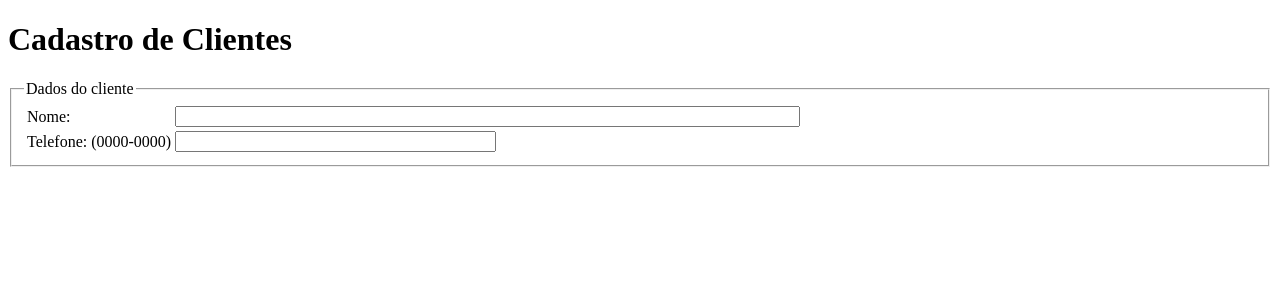
Repository: GabrielGGhost/EstudoJavaAW1-AW2
Page: estudos21/WebContent/cadastro.html
These files come from the project's save history. The page is drawn as it stood at one moment and after the next save; the edit follows.
The browser window is 1280 px wide. The pictures show the whole page.

Above is the page before, as saved 2020-10-31 20:12:20.

After the next save:
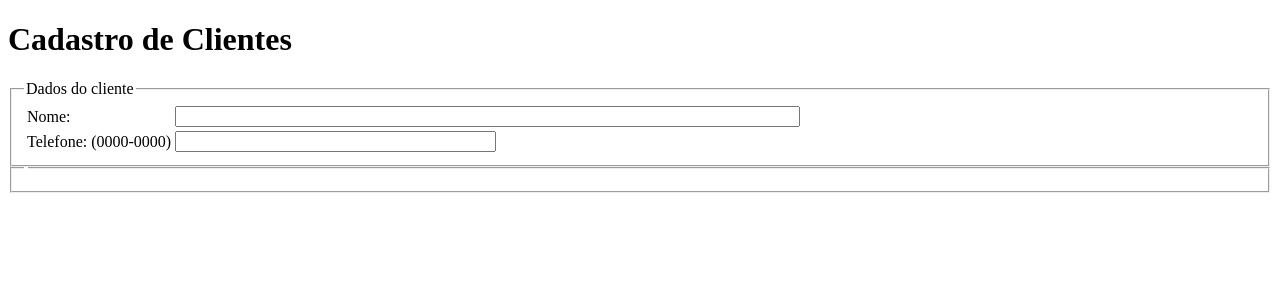
Saved 60 s later.
--- a/estudos21/WebContent/cadastro.html
+++ b/estudos21/WebContent/cadastro.html
@@ -65,6 +65,14 @@
 				</tr>
 			</table>
 		</fieldset>
+		<fieldset>
+			<legend></legend>
+			<table>
+				<tr>
+					<td></td>
+				</tr>
+			</table>
+		</fieldset>
 	</form>
 </body>
 </html>
